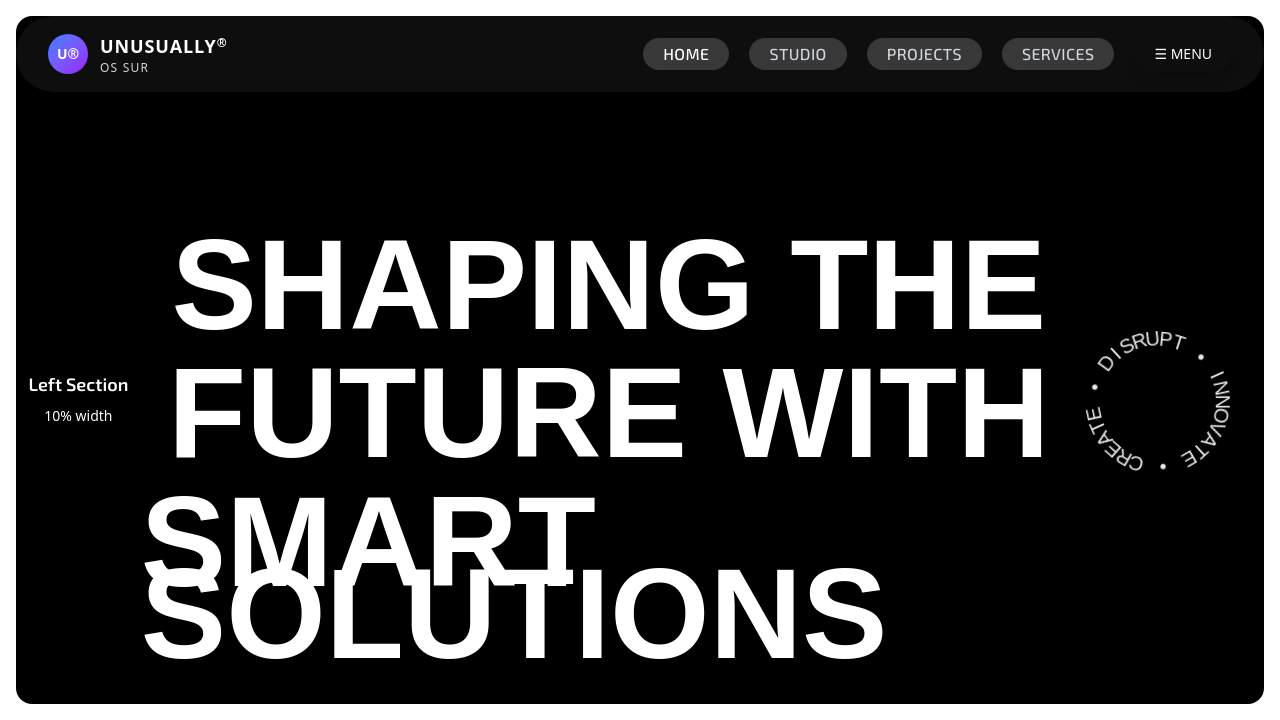
Repository: A-y-u-s-h-29/Digital-Express-India-With-Carrer-Page-And-RazorPay
Page: / (app in op/)
The author's editor kept a copy of each file at every save. The page is drawn from the files as they stood at one save, then again after the next save.
The browser window is 1280 px wide. The pictures show the whole page.
Some web fonts or font styles are not loaded; a fallback is used. The project was rebuilt for these pictures with package versions that can differ from the ones it lists, and the page was loaded fresh each time. Also part of the build but not shown: op/vite.config.js.

Above is the page before, as saved 2025-12-04 15:30:34.

After the next save:
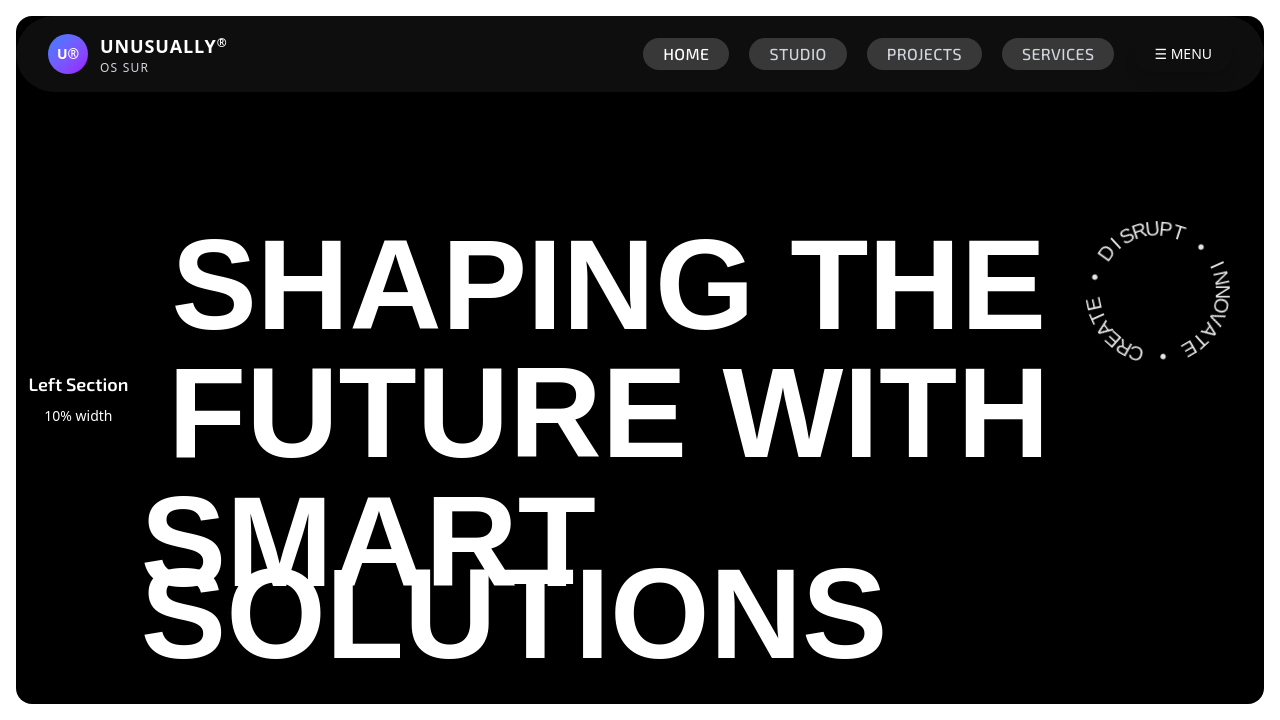
Saved 8 s later.
--- a/op/src/components/Home.jsx
+++ b/op/src/components/Home.jsx
@@ -57,7 +57,7 @@ function Home() {
                 text="INNOVATE • CREATE • DISRUPT • "
                 spinDuration={30}
                 onHover="speedUp"
-                className="text-white/90  big font-light text-xs mt-55 "
+                className="text-white/90  big font-light text-xs  "
               />
               </button>
 
